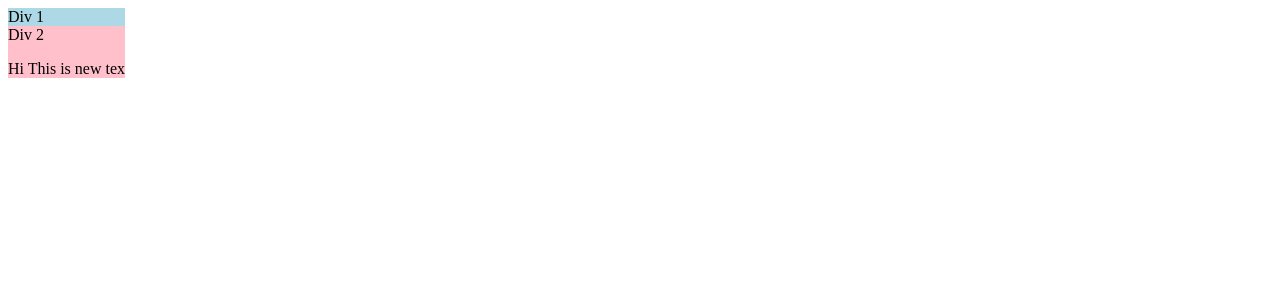
Repository: RagulRanjeeth/Frontend
Page: Exercises/Grids.html
An editor plug-in stored every save of this project. The page is shown before and after a run of saves, followed by the edit.
The browser window is 1280 px wide. The pictures show the whole page.

Above is the page before, as saved 2026-01-25 15:53:54.

After the next 2 saves:
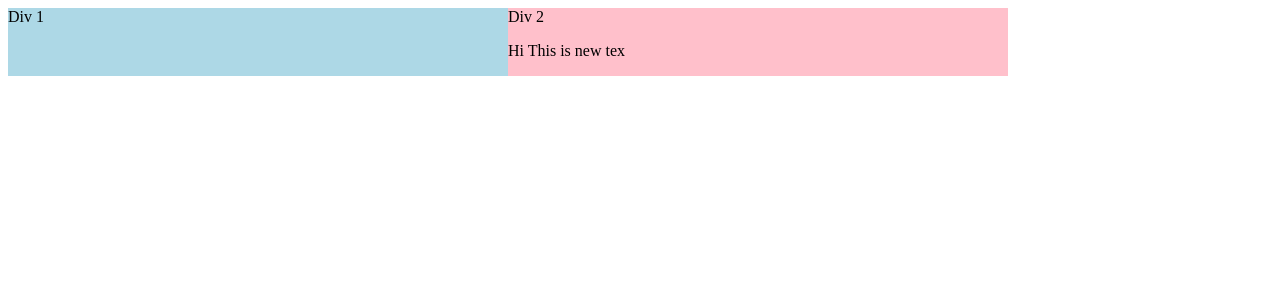
The 2 saves are shown as one change because they came seconds apart.
The last was saved 22 s later.
--- a/Exercises/Grids.html
+++ b/Exercises/Grids.html
@@ -5,8 +5,8 @@
     </head>
     <body>
         <div style="
-        display: inline-block;
-        /* grid-template-columns: 500px 500px; */
+        display: grid;
+        grid-template-columns: 500px 500px;
         ">
             <div style="background-color: lightblue">Div 1</div>
             <div style="background-color: rgb(255, 192, 203)">Div 2 <p>Hi This is new tex</p></div>
